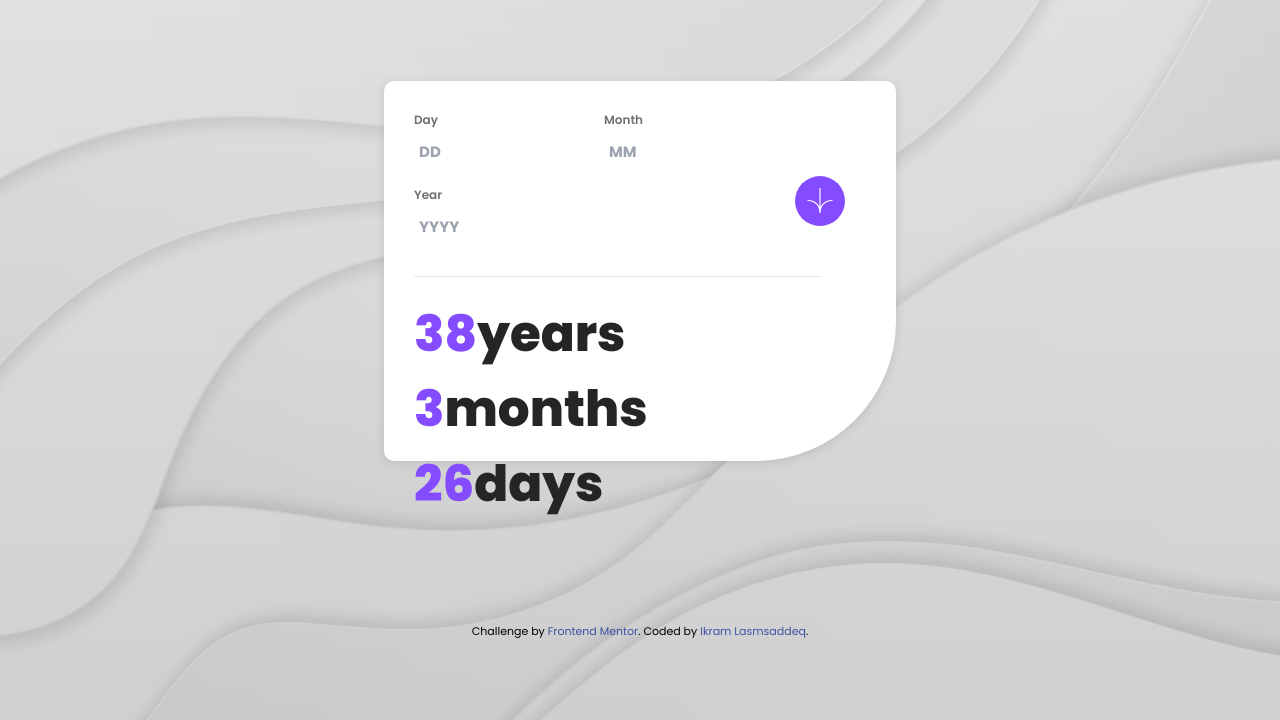
Repository: ikram-lisa/age-display
Page: /
The author's editor kept a copy of each file at every save. The page is drawn from the files as they stood at one save, then again after the next save.
The browser window is 1280 px wide. The pictures show the whole page.
Some web libraries are served in a nearby version. The project was rebuilt for these pictures with package versions that can differ from the ones it lists, and the page was loaded fresh each time.

Above is the page before, as saved 2024-05-01 00:50:21.

After the next save:
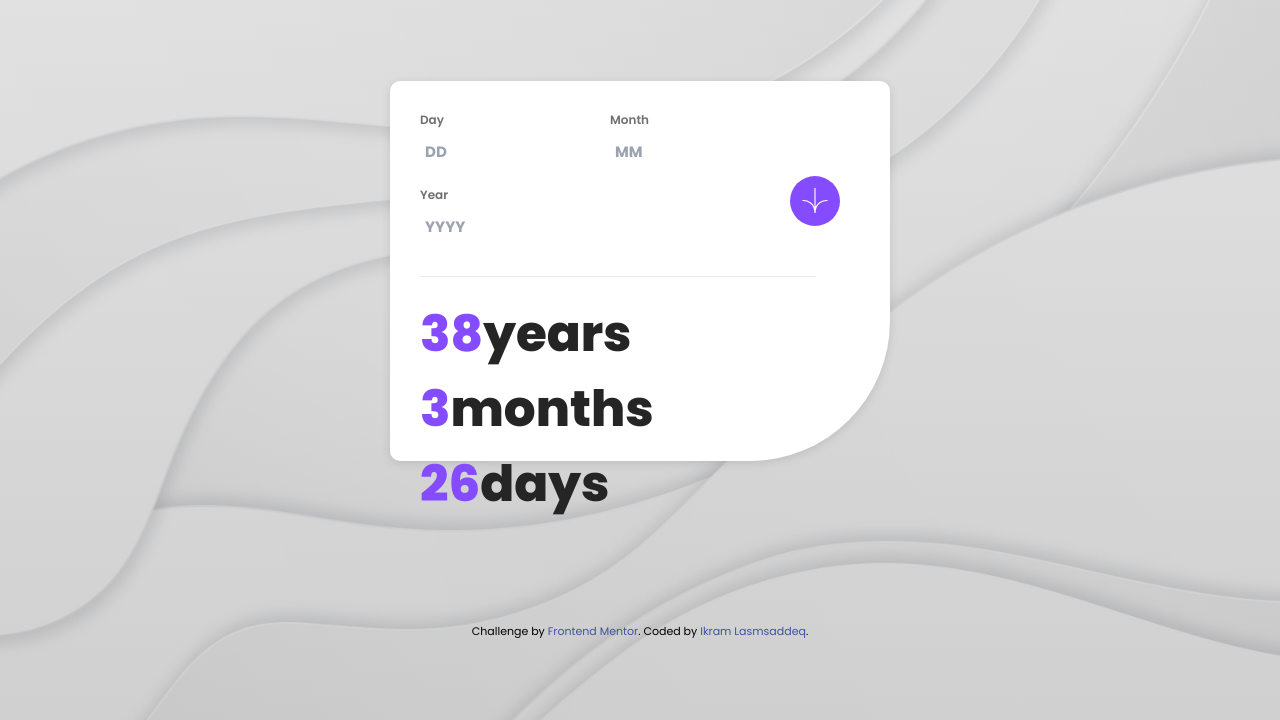
Saved 2 min 10 s later.
--- a/css/style.scss
+++ b/css/style.scss
@@ -28,6 +28,7 @@ body {
 .calculator {
   width: 40%;
   min-width: 480px;
+  max-width: 500px;
   height: 380px;
   background-color: white;
   border-radius: 10px 10px 140px 10px;
